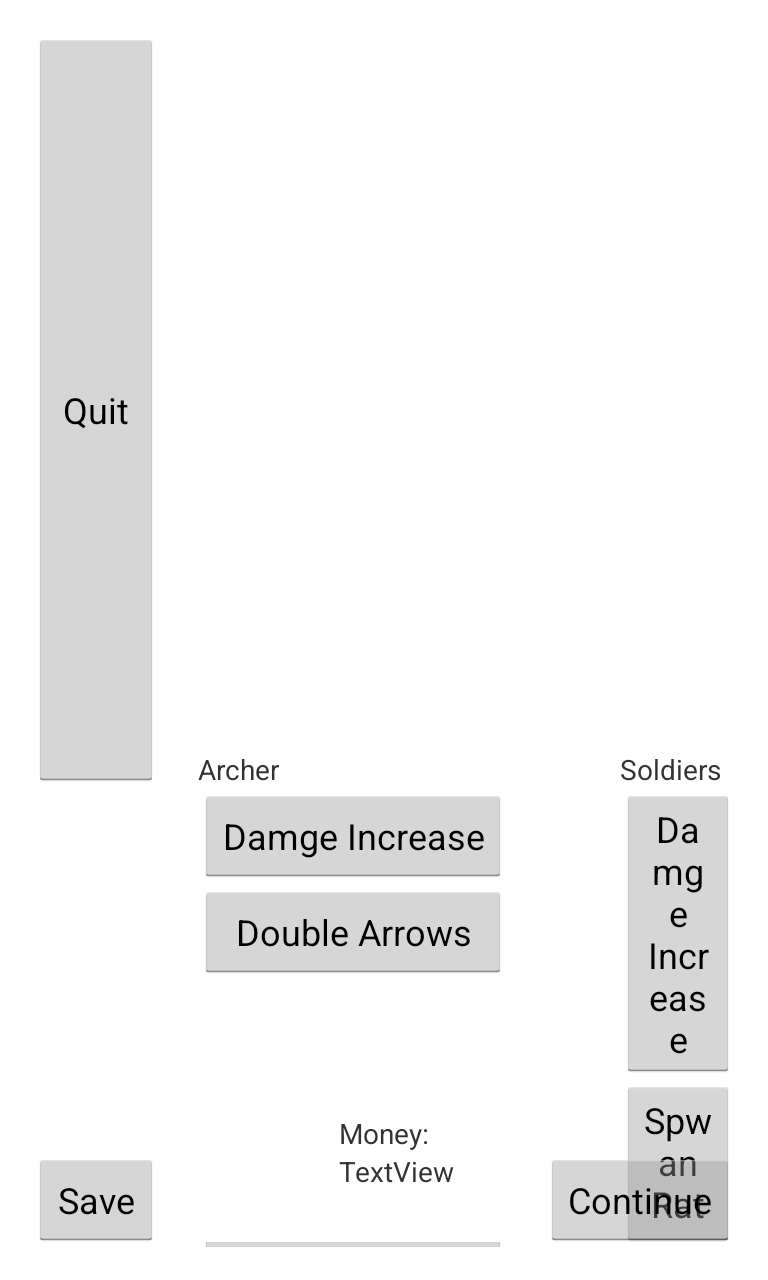
Repository: wsovran/group4
Layout: workspace/Archer/res/layout/activity_shop.xml
The author's editor kept a copy of each file at every save. The layout is drawn from the files as they stood at one save, then again after the next save.
It is drawn on a 768 x 1280 px phone screen (xhdpi) without system bars, with theme AppTheme; the app's code is not run.

Above is the layout before, as saved 2014-04-02 00:17:45.

After the next save:
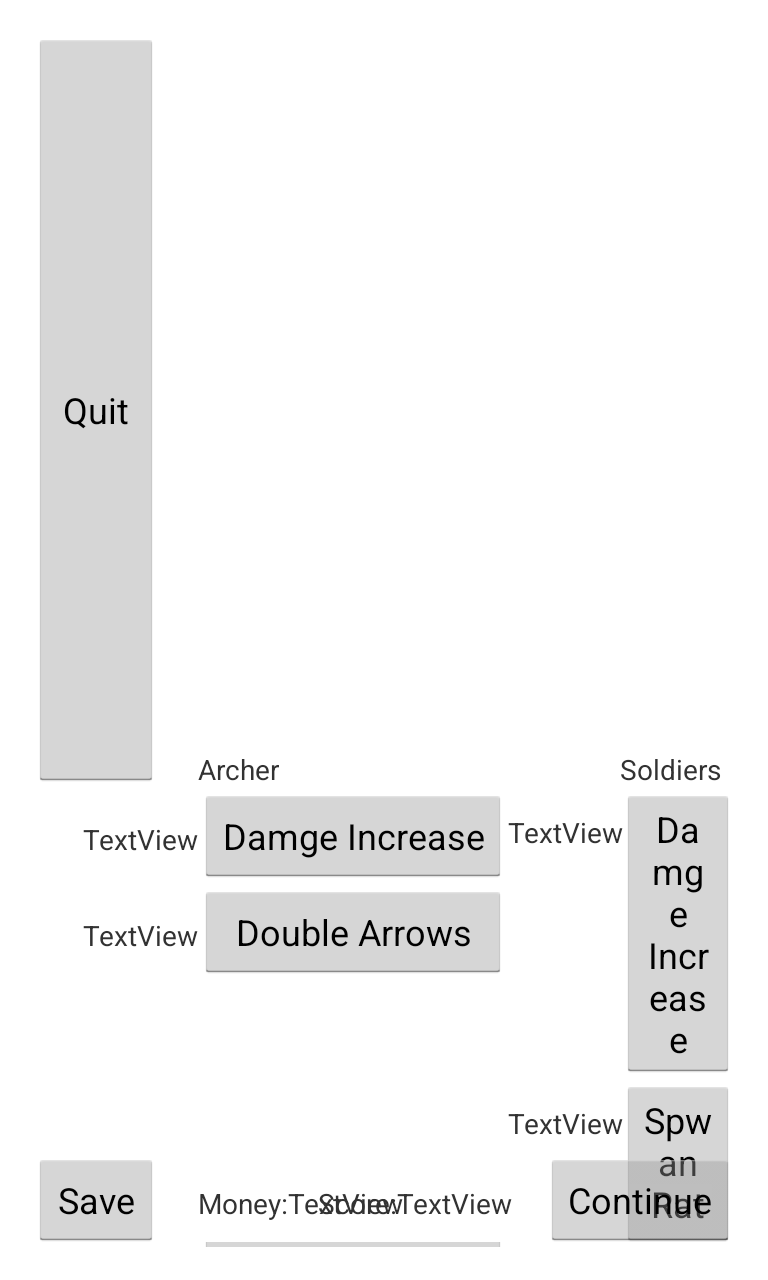
Saved 102 s later.
--- a/workspace/Archer/res/layout/activity_shop.xml
+++ b/workspace/Archer/res/layout/activity_shop.xml
@@ -96,6 +96,7 @@
         android:layout_above="@+id/button1"
         android:layout_marginLeft="19dp"
         android:layout_toRightOf="@+id/button5"
+        android:onClick="btnArcher1_onClick"
         android:text="@string/btn_damage" />
 
     <Button
@@ -112,16 +113,91 @@
         android:id="@+id/textView3"
         android:layout_width="wrap_content"
         android:layout_height="wrap_content"
-        android:layout_above="@+id/button6"
-        android:layout_centerHorizontal="true"
+        android:layout_alignBaseline="@+id/button7"
+        android:layout_alignBottom="@+id/button7"
+        android:layout_alignLeft="@+id/button2"
         android:text="@string/Money" />
 
     <TextView
         android:id="@+id/moneyDisplay"
         android:layout_width="wrap_content"
         android:layout_height="wrap_content"
-        android:layout_alignLeft="@+id/textView3"
-        android:layout_alignTop="@+id/button6"
+        android:layout_alignBaseline="@+id/textView3"
+        android:layout_alignBottom="@+id/textView3"
+        android:layout_toRightOf="@+id/textView3"
+        android:text="TextView" />
+
+    <TextView
+        android:id="@+id/scoreView"
+        android:layout_width="wrap_content"
+        android:layout_height="wrap_content"
+        android:layout_alignBaseline="@+id/button6"
+        android:layout_alignBottom="@+id/button6"
+        android:layout_marginRight="16dp"
+        android:layout_toLeftOf="@+id/button6"
+        android:text="TextView" />
+
+    <TextView
+        android:id="@+id/textView5"
+        android:layout_width="wrap_content"
+        android:layout_height="wrap_content"
+        android:layout_alignBaseline="@+id/scoreView"
+        android:layout_alignBottom="@+id/scoreView"
+        android:layout_toLeftOf="@+id/scoreView"
+        android:text="@string/lbl_score" />
+
+    <TextView
+        android:id="@+id/archerBtn1View"
+        android:layout_width="wrap_content"
+        android:layout_height="wrap_content"
+        android:layout_alignBaseline="@+id/button4"
+        android:layout_alignBottom="@+id/button4"
+        android:layout_toLeftOf="@+id/textView1"
+        android:text="TextView" />
+
+    <TextView
+        android:id="@+id/archerBtn2View"
+        android:layout_width="wrap_content"
+        android:layout_height="wrap_content"
+        android:layout_alignBaseline="@+id/button1"
+        android:layout_alignBottom="@+id/button1"
+        android:layout_alignRight="@+id/archerBtn1View"
+        android:text="TextView" />
+
+    <TextView
+        android:id="@+id/archerBtn3View"
+        android:layout_width="wrap_content"
+        android:layout_height="wrap_content"
+        android:layout_alignBaseline="@+id/button2"
+        android:layout_alignBottom="@+id/button2"
+        android:layout_toLeftOf="@+id/button2"
+        android:text="TextView" />
+
+    <TextView
+        android:id="@+id/soldierBtn1View"
+        android:layout_width="wrap_content"
+        android:layout_height="wrap_content"
+        android:layout_alignBaseline="@+id/Button04"
+        android:layout_alignBottom="@+id/Button04"
+        android:layout_toRightOf="@+id/button4"
+        android:text="TextView" />
+
+    <TextView
+        android:id="@+id/soldierBtn2View"
+        android:layout_width="wrap_content"
+        android:layout_height="wrap_content"
+        android:layout_alignBaseline="@+id/Button02"
+        android:layout_alignBottom="@+id/Button02"
+        android:layout_toRightOf="@+id/button1"
+        android:text="TextView" />
+
+    <TextView
+        android:id="@+id/soldierBtn3View"
+        android:layout_width="wrap_content"
+        android:layout_height="wrap_content"
+        android:layout_alignBaseline="@+id/Button03"
+        android:layout_alignBottom="@+id/Button03"
+        android:layout_alignLeft="@+id/soldierBtn2View"
         android:text="TextView" />
 
 </RelativeLayout>
